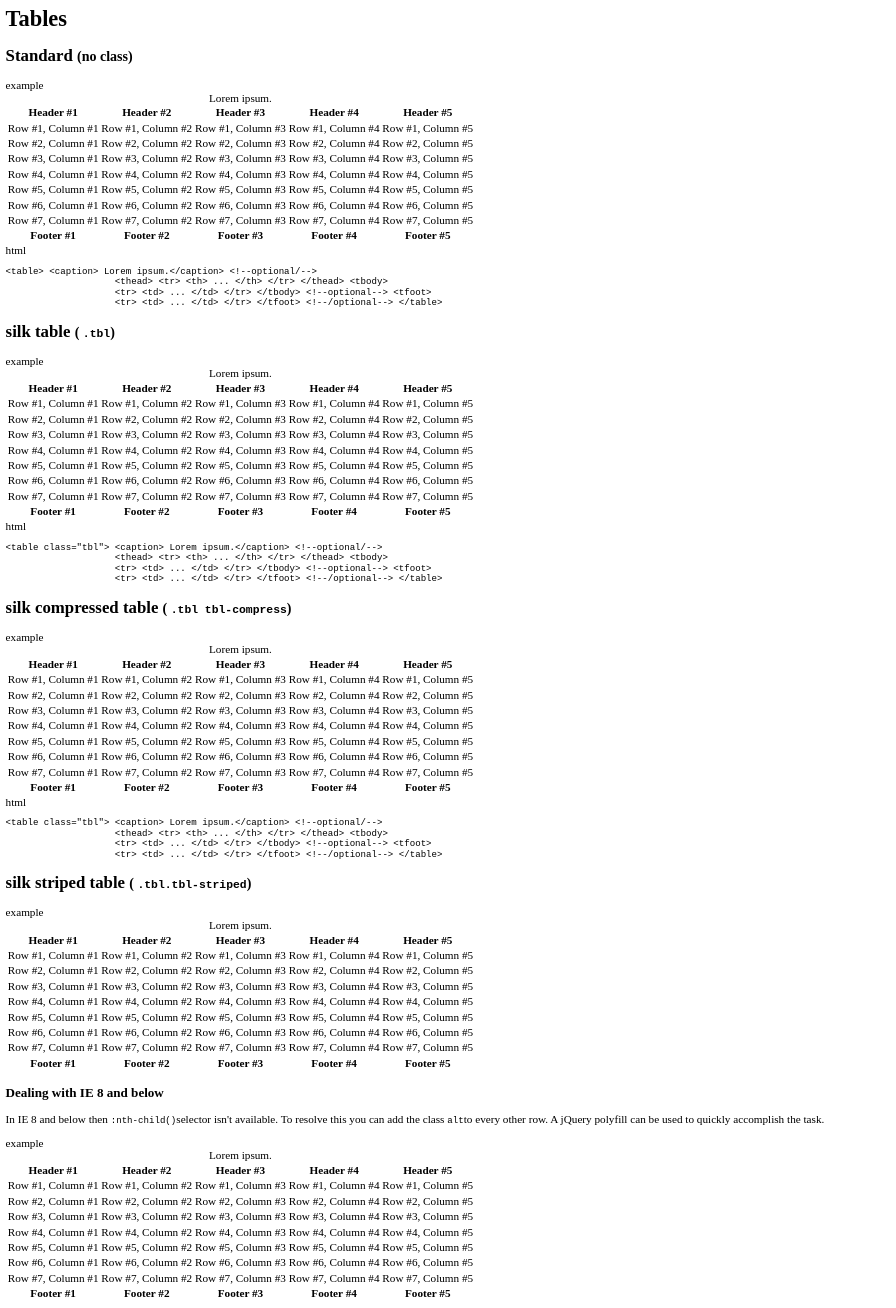
Repository: sympolinc/silk
Page: http://localhost/views/tables.php
The author's editor kept a record of every edit. The page is drawn from the files as they stood at one moment, then again after the next edit.
The browser window is 1280 px wide. The pictures show the whole page, at 70% of full size.
The page is run by PHP 8.4 with error messages shown; the project is at /var/www/html/.

Above is the page before.

After the next edit:
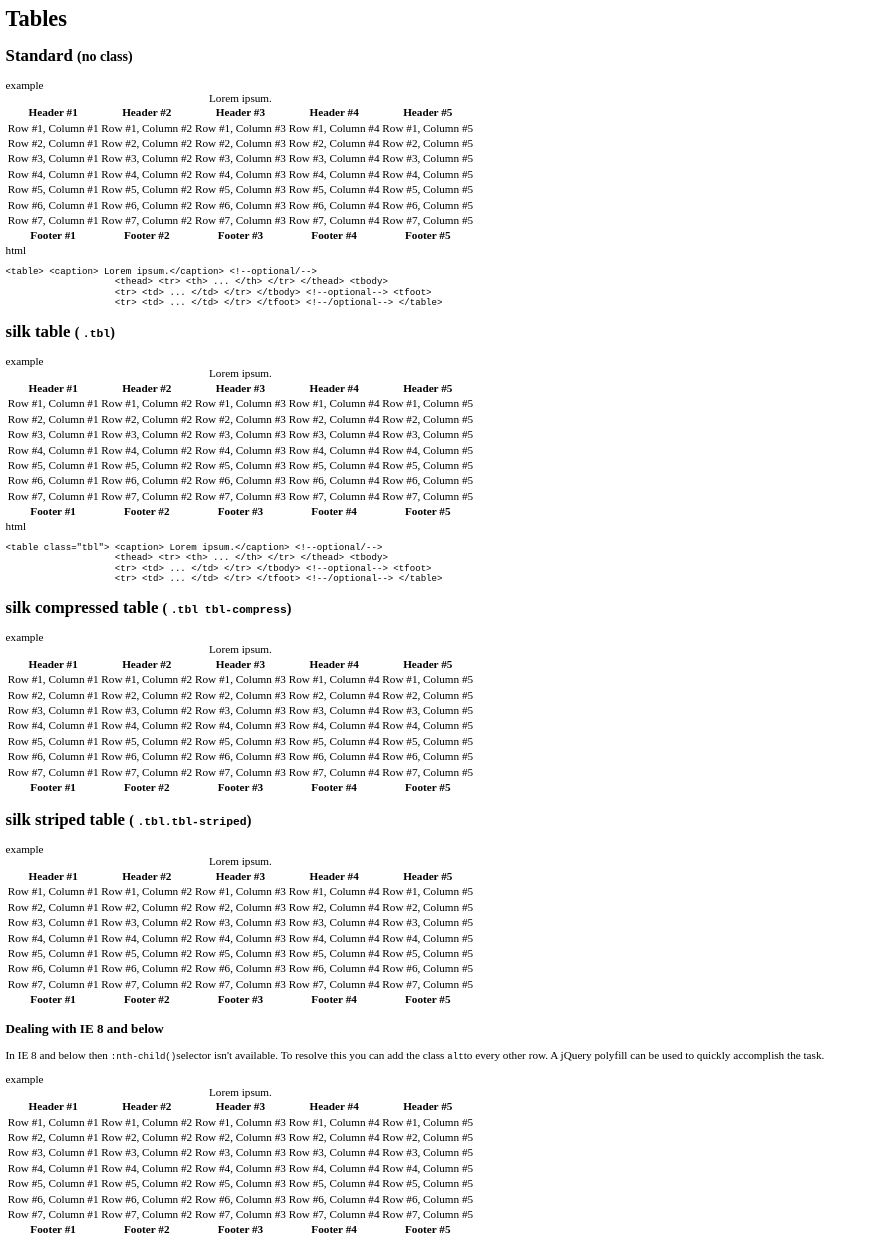
The edit:
--- a/views/tables.php
+++ b/views/tables.php
@@ -254,13 +254,6 @@
                     </tr>
                 </tfoot>
             </table>
-            <div class="silk-example example">
-                <span class="lang">html</span>
-                <pre class="prettyprint lang-html">&lt;table class="tbl"> &lt;caption> Lorem ipsum.&lt;/caption> &lt;!--optional/-->
-                    &lt;thead> &lt;tr> &lt;th> ... &lt;/th> &lt;/tr> &lt;/thead> &lt;tbody>
-                    &lt;tr> &lt;td> ... &lt;/td> &lt;/tr> &lt;/tbody> &lt;!--optional--> &lt;tfoot>
-                    &lt;tr> &lt;td> ... &lt;/td> &lt;/tr> &lt;/tfoot> &lt;!--/optional--> &lt;/table></pre>
-            </div>
         </div>
     </div>
     <div class="section">
